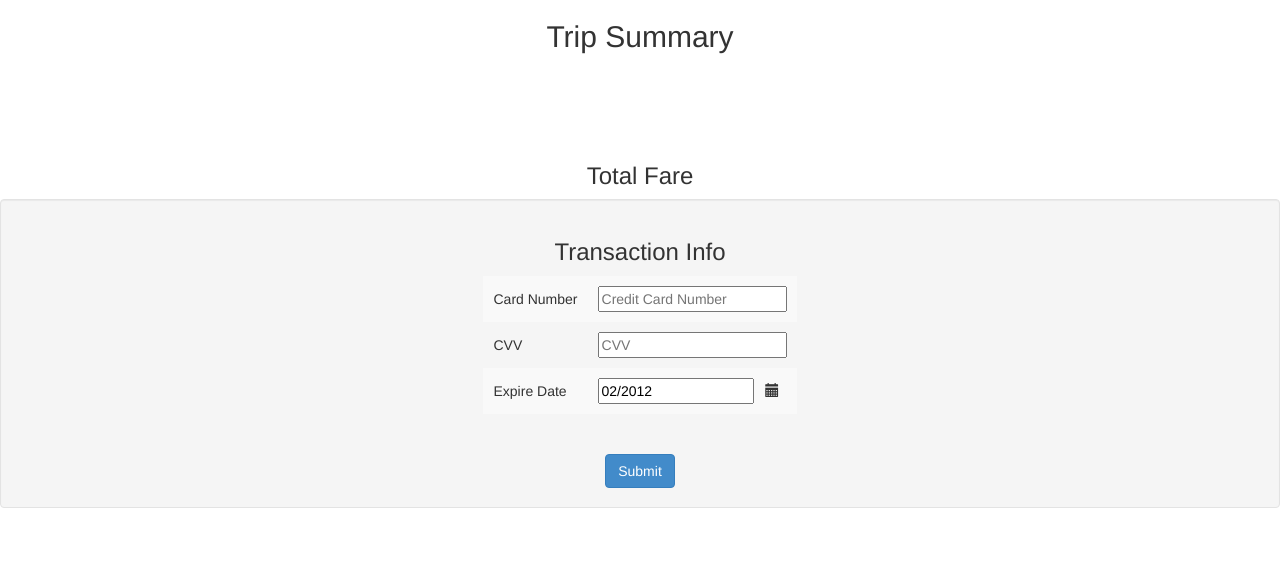
Repository: harshadrane89/CMPE273-WebService-AirlineManagement
Page: http://localhost/AirlineManagementSystemClient/TwitterGUI/TransactionInfo.jsp
The author's editor kept a copy of each file at every save. The page is drawn from the files as they stood at one save, then again after the next save.
The browser window is 1280 px wide. The pictures show the whole page.
The page is served by Tomcat 9.

Above is the page before, as saved 2013-12-09 06:34:40.

After the next save:
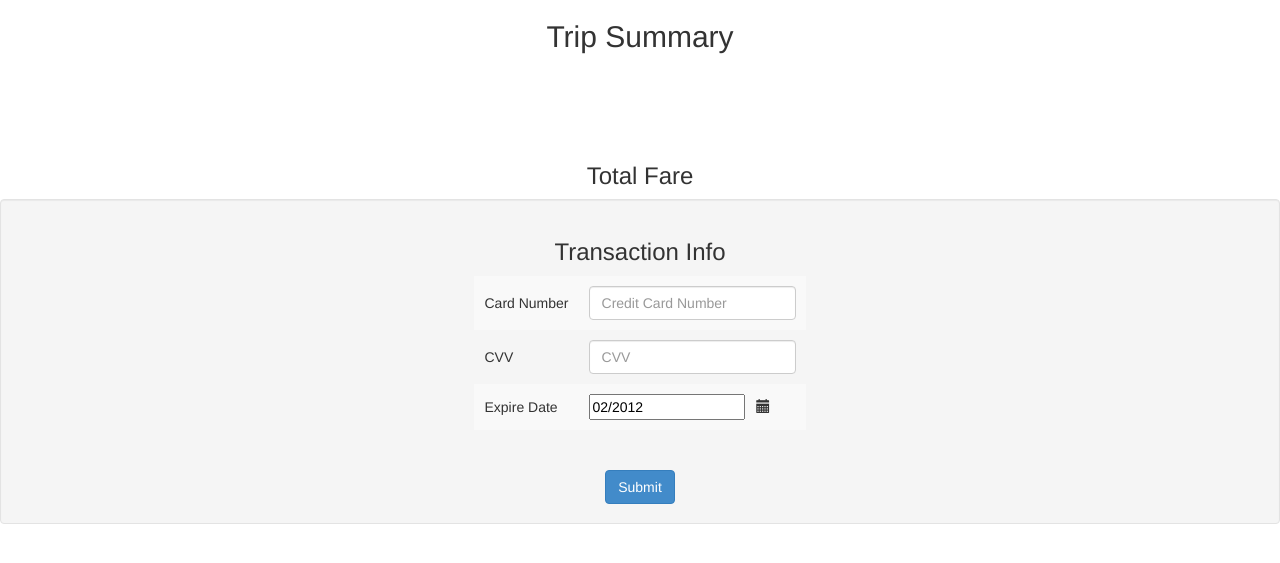
Saved 8 min 35 s later.
--- a/273_Project_Tomcat/AirlineManagementSystemClient/WebContent/TwitterGUI/TransactionInfo.jsp
+++ b/273_Project_Tomcat/AirlineManagementSystemClient/WebContent/TwitterGUI/TransactionInfo.jsp
@@ -40,11 +40,11 @@
 				<tr>
 					<td>Card Number</td>
 					<td><input type="text" placeholder="Credit Card Number"
-						name="cardNum"></td>
+						name="cardNum" class="form-control" required="true"></td>
 				</tr>
 				<tr>
 					<td>CVV</td>
-					<td><input type="text" placeholder="CVV" name="cvv"></td>
+					<td><input type="text" placeholder="CVV" name="cvv" class="form-control" required="true"></td>
 				</tr>
 
 				<tr>
